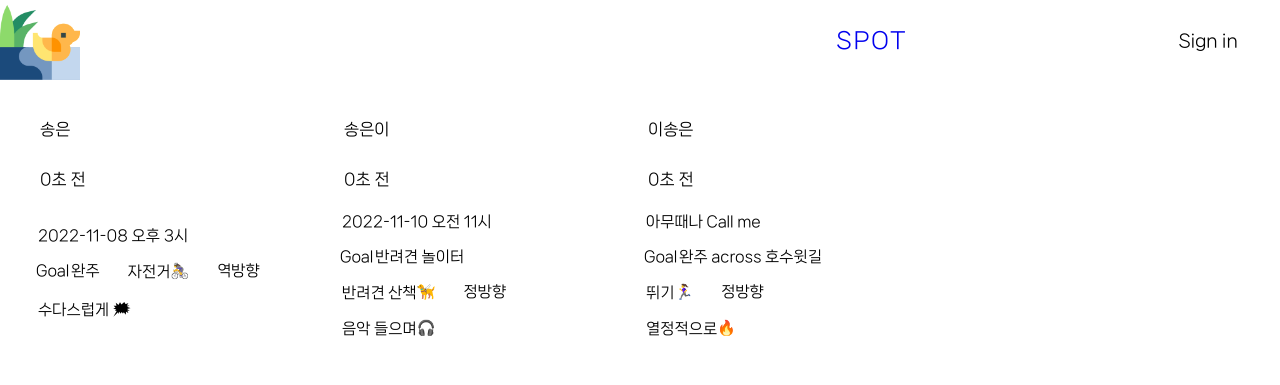
Repository: songeunleee/youngrangho
Page: /
These files come from the project's save history. The page is drawn as it stood at one moment and after the next save; the edit follows.
The browser window is 1280 px wide. The pictures show the whole page.
Some web libraries are served in a nearby version. The project was rebuilt for these pictures with package versions that can differ from the ones it lists, and the page was loaded fresh each time. Some packages were replaced by stand-ins written for this rebuild. Also part of the build but not shown: src/app.module.css, src/components/activity/activity.module.css, src/components/footer/footer.module.css, src/components/footer/footer.jsx, src/components/home/home.module.css, src/components/home/home.jsx, src/components/add_spot/add_spot.module.css, src/components/add_spot/add_spot.jsx and 6 more.

Above is the page before, as saved 2022-11-08 06:59:18.

After the next save:
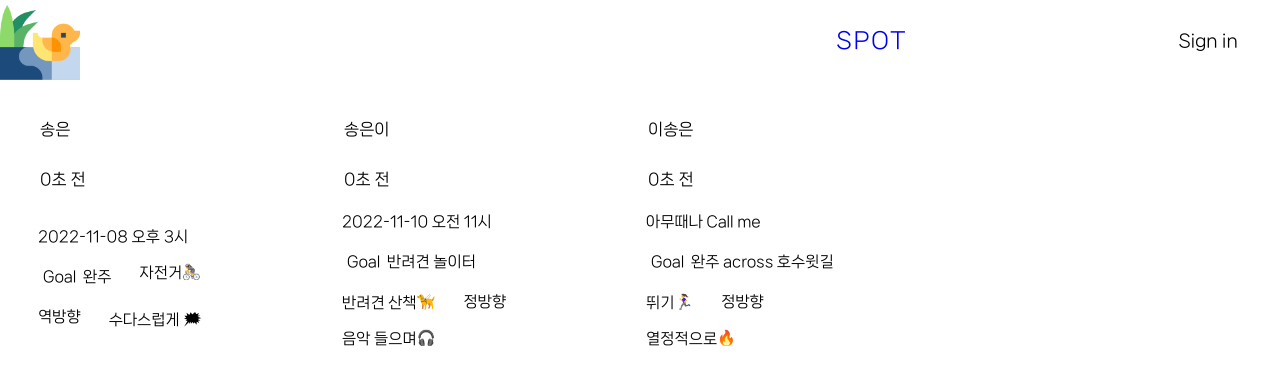
Saved 15 s later.
--- a/src/components/activity_item/activity_item.module.css
+++ b/src/components/activity_item/activity_item.module.css
@@ -61,7 +61,13 @@
 .G {
   position: relative;
   background-color: sideBlue;
-  right: 2px;
+  border-radius: 18px;
+  padding-top: 5px;
+  padding-bottom: 5px;
+  padding-right: 10px;
+  padding-left: 5px;
+  width: 30px;
+
   position: ;
 }
 
